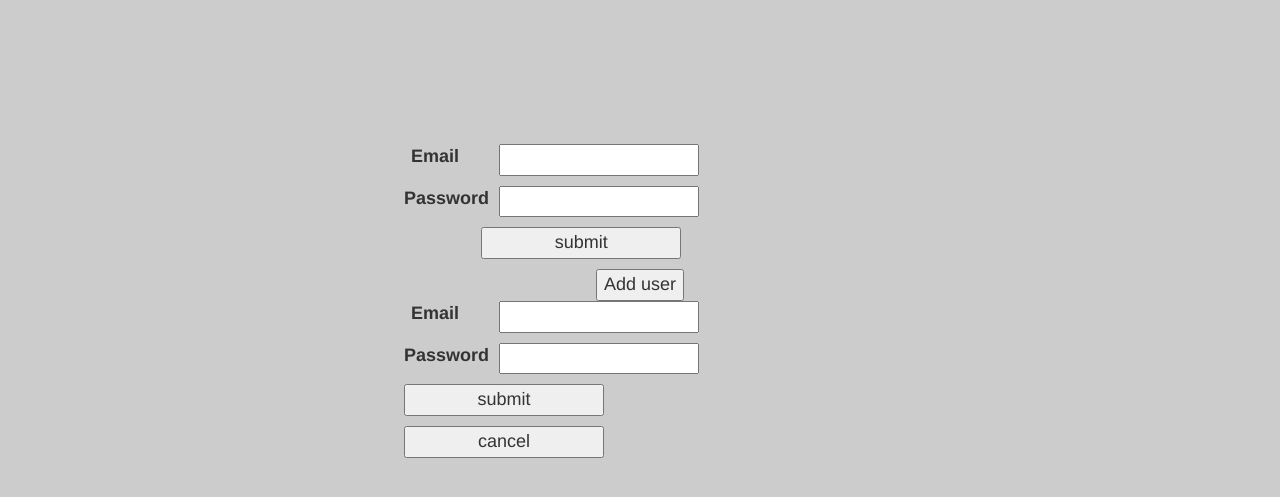
Repository: marijabroceta/ProjekatIB
Page: IB_Project_Shell/src/main/resources/static/index.html
The author's editor kept a copy of each file at every save. The page is drawn from the files as they stood at one save, then again after the next save.
The browser window is 1280 px wide. The pictures show the whole page.

Above is the page before, as saved 2018-07-01 00:23:26.

### IB_Project_Shell/src/main/resources/static/index.html
<!DOCTYPE html>
<html>

<head>
<!--  <script type="text/javascript" src="js/main.js"></script>
<script src="https://ajax.googleapis.com/ajax/libs/jquery/3.3.1/jquery.min.js"></script>-->
<title>Login</title>
	<script src="js/jquery-2.1.4.min.js"></script>
	<link rel="stylesheet" type="text/css" href="bootstrap/css/bootstrap.min.css"/>
    <script src="bootstrap/js/bootstrap.min.js"></script>
    <link rel="stylesheet" type="text/css" href="css/login.css">
    <script src="js/login.js" type="text/javascript"></script>
</head>
<body>
	<!--  <a href="./user_content/cat.jpg" download>Download link for static
		files</a>
	<button type="button"  onclick="download()">Download link for
		target/files files</button>-->
	<div id="forms">
		<div id="login_form">
		    <form name="login" method="post" id="login">
		       	<label for="email">Email</label>
		 		<input type="text" id="email" name="email"><br>
		 		<label for="password">Password</label>
		 		<input type="password" id="password" name="password"><br>
		 		<input type="submit" name="submit" id="submit" value="submit" class="button" /><br/>
		    </form>
		 </div>
		 <button id="add_user">Add user</button>
	    <div id="add_form">
				<form name="add_user_form" method="post" id="add_user_form">
			       	<label id="email_lbl" for="email">Email</label>
			 		<input type="text" id="email_txt" name="email"><br>
			 		<label id="pass_lbl" for="password">Password</label>
			 		<input type="password" id="password_txt" name="password"><br>
			 		<input type="submit" name="submit" id="submit_add" value="submit" class="button" /><br>
			 		<input type="button" name="cancel" id="cancel_add" value="cancel" class="button" />
		    	</form>
			</div>
	</div>
</body>

</html>

### IB_Project_Shell/src/main/resources/static/css/login.css
#forms{
	position: absolute;
    top: 20%;
    left: 30%;
    right: 30%;
    bottom: 20%;
    font-size: 18px;
}



body {
    text-align: center;
    background: #ccc;
}
/*form {
    display: inline-block;
}*/

label,input {
 display: block;
 width: 200px;
 float: left;
 margin-left: 20px;
 margin-bottom: 10px;
}

label {
 text-align: right;
 width: 75px;
 padding-right: 20px;
}



br {
 clear: left;
}

#submit{
	margin-left: 19%;

}

### IB_Project_Shell/src/main/resources/static/js/login.js
$(document).ready(function(){

	var submit = $('#submit');

	submit.on('click',function(e) {
		login();

		e.preventDefault();
		return false;
	})

});

function login(){
	var email = $('#email').val().trim();
	var password = $('#password').val().trim();
	var token = '';

	var data = {
		'username':email,
		'password':password
	}
	console.log(data);

	$.ajax({
		type: 'POST',
        contentType: 'application/json',
        url: 'https://localhost:8443/api/auth/login',
        data: JSON.stringify(data),
        dataType: 'json',
        crossDomain: true,
		cache: false,
		processData: false,
		success:function(response){
			var token = response.access_token;
			console.log(token);
			console.log(response);

			localStorage.setItem("token",token);
			window.location.href = "main_page.html";
		},
		error: function (jqXHR, textStatus, errorThrown) {
			alert(textStatus);
		}
	});
}

Loaded but not shown: IB_Project_Shell/src/main/resources/static/js/jquery-2.1.4.min.js (library); IB_Project_Shell/src/main/resources/static/bootstrap/css/bootstrap.min.css (library); IB_Project_Shell/src/main/resources/static/bootstrap/js/bootstrap.min.js (library)

After the next save:
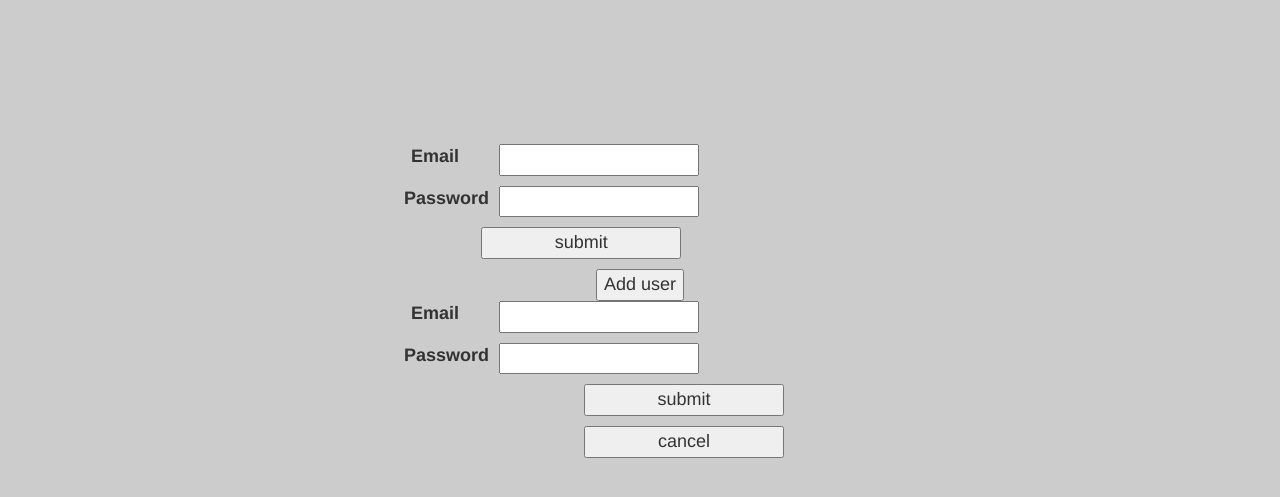
Saved 110 s later.
--- a/IB_Project_Shell/src/main/resources/static/css/login.css
+++ b/IB_Project_Shell/src/main/resources/static/css/login.css
@@ -41,3 +41,7 @@ br {
 	margin-left: 19%;
 
 }
+
+#submit_add,#cancel_add{
+	margin-left:200px;
+}
